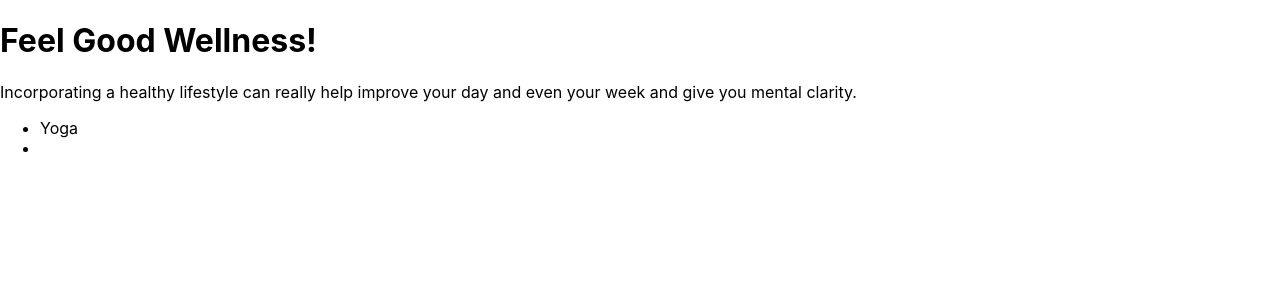
Repository: StashaG/feel-good-wellness
Page: /
The author's editor kept a copy of each file at every save. The page is drawn from the files as they stood at one save, then again after the next save.
The browser window is 1280 px wide. The pictures show the whole page.
The project was rebuilt for these pictures with package versions that can differ from the ones it lists, and the page was loaded fresh each time.

Above is the page before, as saved 2020-12-10 21:41:34.

### src/App.js
import React, { Component } from 'react';
import './index.css';

class App extends Component {
  render() {
    return (
      <div className="App">
        <h1>
          Feel Good Wellness!
        </h1>
        <p>Incorporating a healthy lifestyle can really help improve your day and even your week and give you mental clarity.</p>
        <p></p>
        <ul>
          <li>Yoga</li>
          <li></li>
        </ul>
      </div>
    );
  }

}

export default App;

Loaded but not shown: src/index.js (common file); src/index.css (common file); src/reportWebVitals.js (common file)

After the next save:
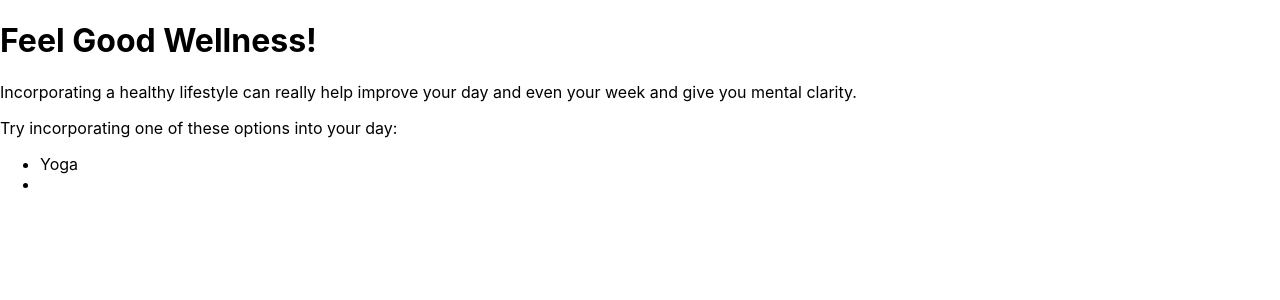
Saved 5 s later.
--- a/src/App.js
+++ b/src/App.js
@@ -9,7 +9,7 @@
           Feel Good Wellness!
         </h1>
         <p>Incorporating a healthy lifestyle can really help improve your day and even your week and give you mental clarity.</p>
-        <p></p>
+        <p>Try incorporating one of these options into your day:</p>
         <ul>
           <li>Yoga</li>
           <li></li>
